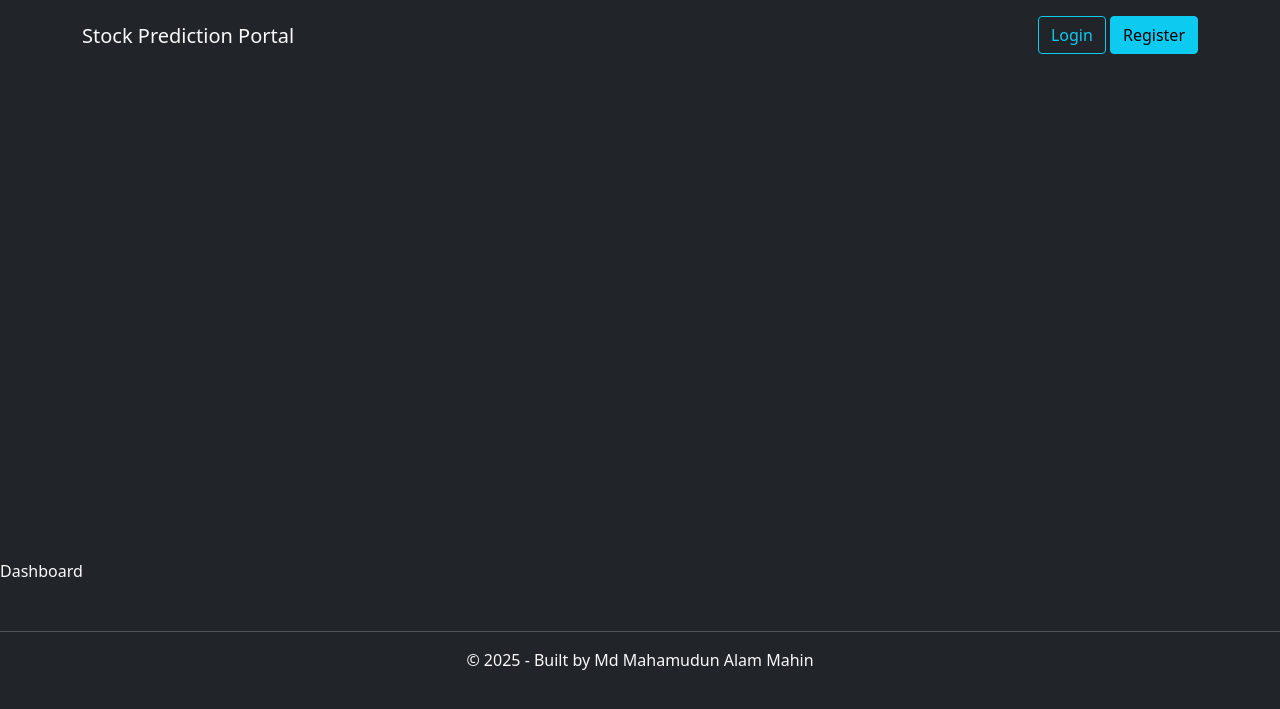
Repository: killerTiger10/stock-prediction-portal
Page: /dashboard (app in frontend-react/)
These files come from the project's save history. The page is drawn as it stood at one moment and after the next save; the edit follows.
The browser window is 1280 px wide. The pictures show the whole page.
The page's requests for data from a server got no answer. The project was rebuilt for these pictures with package versions that can differ from the ones it lists, and the page was loaded fresh each time. No one was signed in, and anything a server would have sent is missing. Also part of the build but not shown: frontend-react/vite.config.js, frontend-react/src/components/Main.jsx, frontend-react/src/components/Register.jsx, frontend-react/src/components/Login.jsx, frontend-react/src/PrivateRoute.jsx, frontend-react/src/components/PublicRoute.jsx. Imported but missing from the stored project, and not drawn on this page: frontend-react/src/components/AuthProvider.

Above is the page before, as saved 2025-06-19 11:36:07.

After the next save:
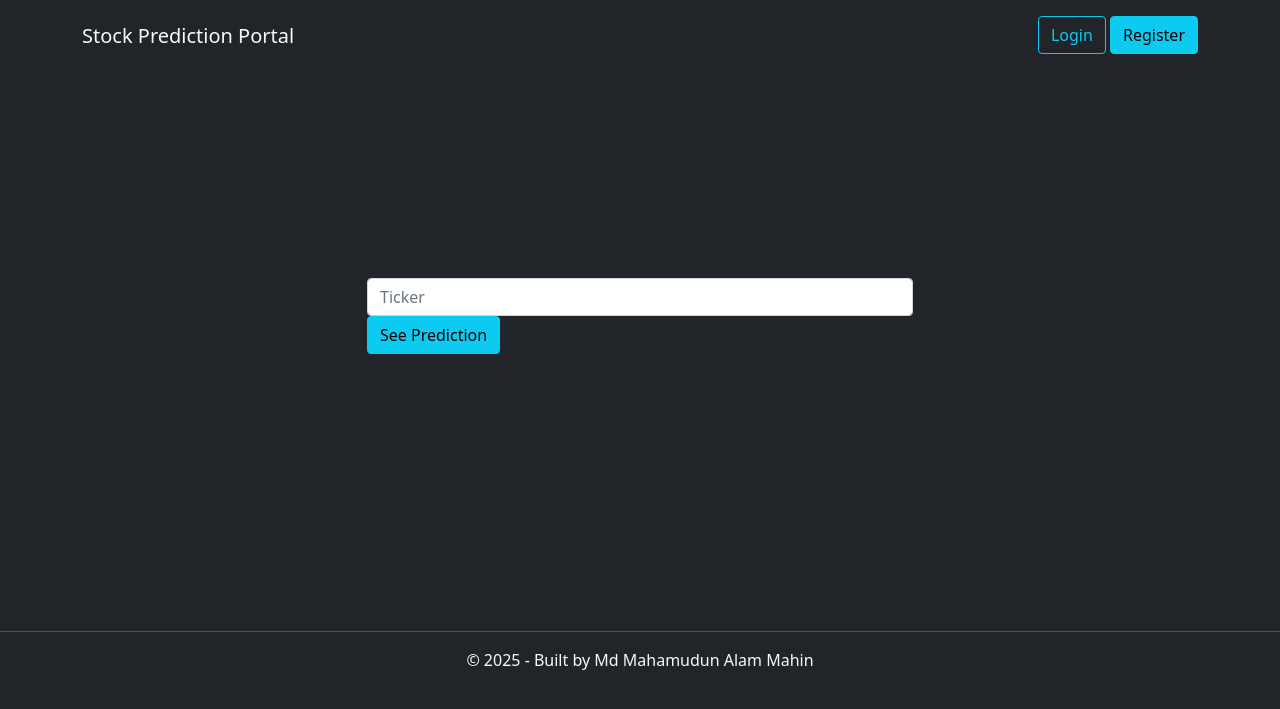
Saved 5 days later.
--- a/frontend-react/src/components/dashboard/Dashboard.jsx
+++ b/frontend-react/src/components/dashboard/Dashboard.jsx
@@ -1,7 +1,9 @@
-import React, { useEffect } from "react";
+import React, { useEffect, useState } from "react";
 import axiosInstance from "../../axiosInstance";
 
 const Dashboard = () => {
+  const [ticker, setTicker] = useState();
+
   useEffect(() => {
     const fetchProtectedData = async () => {
       try {
@@ -14,7 +16,30 @@ const Dashboard = () => {
     fetchProtectedData();
   }, []);
 
-  return <div className="text-light">Dashboard</div>;
+  return (
+    <>
+      <div className="container">
+        <div className="row">
+          <div className="col-md-6 mx-auto">
+            <form>
+              <input
+                type="text"
+                className="form-control"
+                placeholder="Ticker"
+                onChange={(e) => {
+                  set;
+                }}
+              />
+              <button type="submit" className="btn btn-info">
+                See Prediction
+              </button>
+            </form>
+          </div>
+        </div>
+      </div>
+      ;
+    </>
+  );
 };
 
 export default Dashboard;
